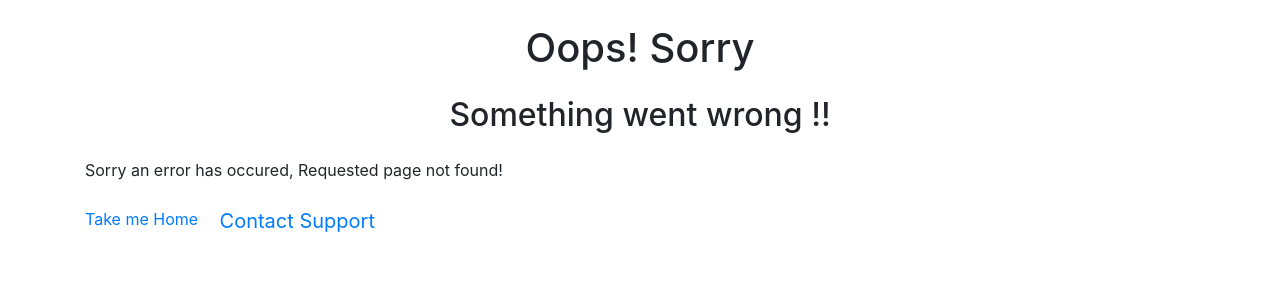
Repository: GovindParve/spring_mvc_maven_search_project
Page: http://localhost/springmvcsearch/WEB-INF/views/null_page.jsp
These files come from the project's save history. The page is drawn as it stood at one moment and after the next save; the edit follows.
The browser window is 1280 px wide. The pictures show the whole page.
Some web libraries are served in a nearby version. The page is served by Tomcat 9. Nobody is signed in. The template is opened directly, without the code that normally fills it, so the values that code supplies are empty.

Above is the page before, as saved 2023-06-18 18:00:54.

After the next save:
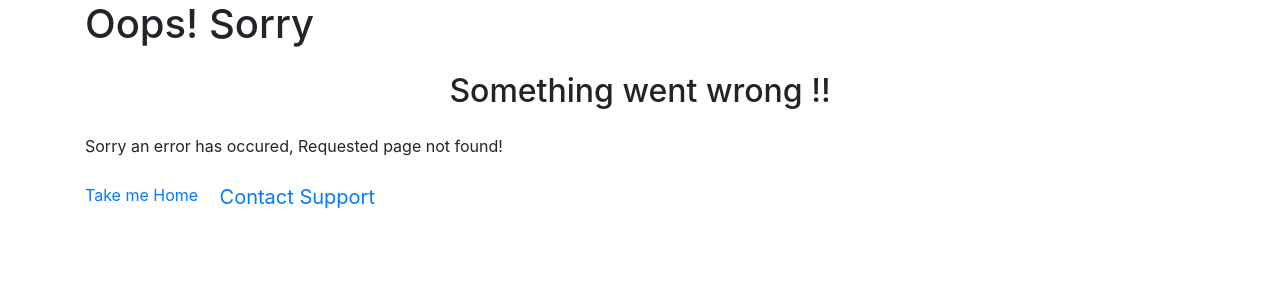
Saved 47 s later.
--- a/springmvcsearch/src/main/webapp/WEB-INF/views/null_page.jsp
+++ b/springmvcsearch/src/main/webapp/WEB-INF/views/null_page.jsp
@@ -29,8 +29,8 @@
 </head>
 <body>
 <%--   	<img alt="my image" src="<c:url value="/resources/image/tiger1.jpg" />"> --%>
-    <div class="container">
-    	<h1 class="text-center m-4">Oops! Sorry</h1>
+    <div class="container class="text-center m-4">
+    	<h1 ">Oops! Sorry</h1>
     	<h2 class="text-center m-4">Something went wrong !!</h2>
     	<div class="error-details">
     		Sorry an error has occured, Requested page not found!
